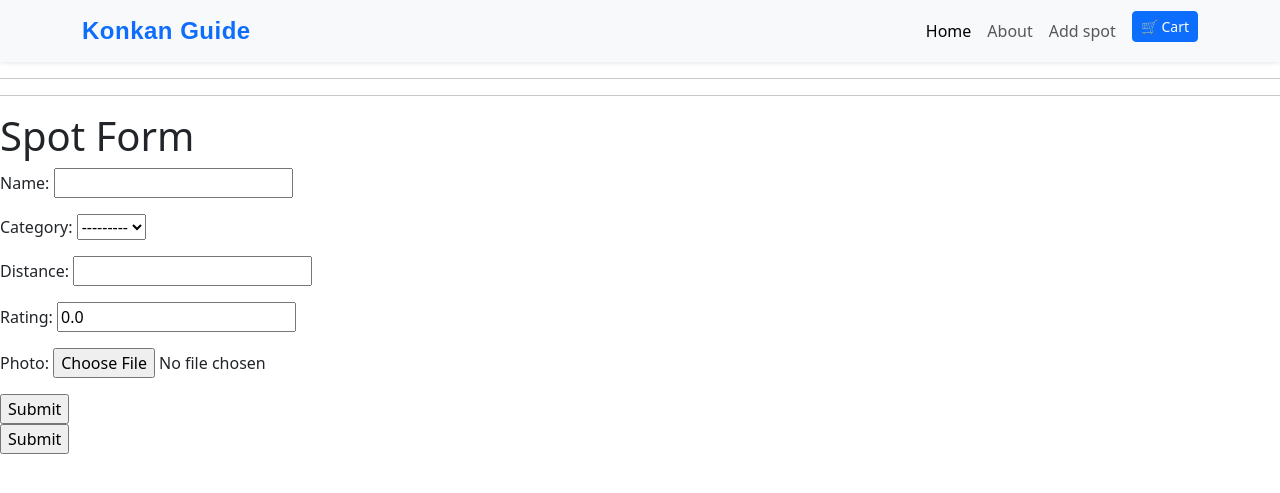
Repository: Indranil-sawant/konkan
Page: http://localhost/create-spot/
These files come from the project's save history. The page is drawn as it stood at one moment and after the next save; the edit follows.
The browser window is 1280 px wide. The pictures show the whole page.
The page is served by the project's application, run on Django 5.2 (manage.py). Other server files are loaded and not shown. Queries for data that is not in the repository find no rows.

Above is the page before, as saved 2025-11-15 11:19:16.

### food/templates/food/spot_form.html
{% extends "base.html" %}

{% block content %}

<h1>Spot Form</h1>

<form action="" method="POST">
    {% csrf_token %}
    {{ form.as_p }}
   <input type="submit">
</form>

<form action="" method="POST">
    {% csrf_token %}
    {{ info.as_p }}
   <input type="submit">
</form>
{% endblock content %}

### templates/base.html
<!doctype html>
<html lang="en">
<head>
    <meta charset="utf-8">
    <title>{% block title %}Konkan Guide{% endblock %}</title>
    <meta name="viewport" content="width=device-width, initial-scale=1">

    <!-- Bootstrap 5 -->
    <link href="https://cdn.jsdelivr.net/npm/bootstrap@5.3.2/dist/css/bootstrap.min.css" rel="stylesheet">
</head>
{% include "navbar.html" %}
<body>

    {% block content %}

    {% endblock %}

    <script src="https://cdn.jsdelivr.net/npm/bootstrap@5.3.2/dist/js/bootstrap.bundle.min.js"></script>
</body>
</html>

### templates/navbar.html
<link href="https://cdn.jsdelivr.net/npm/bootstrap@5.3.3/dist/css/bootstrap.min.css" rel="stylesheet">
<script src="https://cdn.jsdelivr.net/npm/bootstrap@5.3.3/dist/js/bootstrap.bundle.min.js"></script>


<!-- Navbar Start -->
<!-- Navbar Start -->
<nav class="navbar navbar-expand-lg navbar-light bg-light shadow-sm">
  <div class="container">
    <!-- Brand -->
    <a class="navbar-brand fw-bold text-primary" href="#">
      Konkan Guide
    </a>

    <!-- Mobile toggle -->
    <button class="navbar-toggler" type="button" data-bs-toggle="collapse" data-bs-target="#navbarNav"
      aria-controls="navbarNav" aria-expanded="false" aria-label="Toggle navigation">
      <span class="navbar-toggler-icon"></span>
    </button>

    <!-- Nav links -->
    <div class="collapse navbar-collapse justify-content-end" id="navbarNav">
      <ul class="navbar-nav mb-2 mb-lg-0">
        <li class="nav-item">
          <a class="nav-link active" href="{% url 'home' %}">Home</a>
        </li>
        <li class="nav-item">
          <a class="nav-link" href="{% url 'about' %}">About</a>
        </li>
        <li class="nav-item">
          <a class="nav-link" href="{% url 'create_spot' %}">Add spot</a>
        </li>

        <li class="nav-item">
          <a class="btn btn-primary btn-sm ms-2" href="#">🛒 Cart</a>
        </li>
      </ul>
    </div>
  </div>
</nav>
<!-- Navbar End -->

<!-- Navbar End -->
<hr>
<hr>

<style>
    .navbar-brand {
  font-family: 'Poppins', sans-serif;
  font-size: 1.5rem;
  letter-spacing: 0.5px;
}

.nav-link {
  font-weight: 500;
  transition: color 0.3s;
}

.nav-link:hover,
.nav-link.active {
  color: #000000ff;
}
</style>

### food/forms.py
from django.forms import ModelForm

from  . models import Spots , spot_info

class SpotForm(ModelForm):
    class Meta:
        model = Spots
        fields = "__all__"
class spot_infoForm(ModelForm):
    class Meta:
        model = spot_info
        fields = ["description", "map_location", "opening_hours", "closing_hours"]

### food/models.py
import uuid
from django.db import models

# Create your models here.
class Category(models.Model):
    name = models.CharField(max_length=100)

    def __str__(self):
        return self.name

class Tag(models.Model):
    name = models.CharField(max_length=50)
    def __str__(self):
        return self.name

class Spots(models.Model):
    id = models.UUIDField(default=uuid.uuid4, primary_key=True, editable=False)
    name = models.CharField(max_length=100)
    category = models.ForeignKey(Category, on_delete=models.CASCADE)
    distance = models.IntegerField()
    rating = models.FloatField(default=0.0)
    photo = models.ImageField(upload_to='spots_photos/', null=True, blank=True)
    created_at = models.DateTimeField(auto_now_add=True)
    updated_at = models.DateTimeField(auto_now=True)

    def __str__(self):
        return self.name

class spot_info(models.Model):
    spot = models.OneToOneField(Spots, on_delete=models.CASCADE)
    description = models.TextField()
    map_location = models.URLField(blank=True, null=True)
    opening_hours = models.CharField(max_length=100)
    closing_hours = models.CharField(max_length=100)

    def __str__(self):
        return f"Info for {self.spot.name}"

### food/views.py

from django.shortcuts import render , redirect
from django.http import HttpResponse
from .data.spots import foods, spots

from  . models import Spots, Category, spot_info

from .forms import SpotForm , spot_infoForm
# Create your views here.




def home(request):
    spots = Spots.objects.all()
    spot_info_list = spot_info.objects.all()
    context = { 'spots': spots, 'spot_info': spot_info_list }
    return render(request, 'food/index.html', context)

def home2(request):
    spots1 = Spots.objects.all()
    return render(request, 'food/about.html', {"spots1":spots1})

def home3(request ,pk):
    spots3 = Spots.objects.get(id=pk)
    details = spots3.spot_info
    return render(request, 'food/details.html', {"spot3":spots3, "details": details})


def create_spot(request):
    form = SpotForm()
    if request.method == 'POST':
        form = SpotForm(request.POST)
        if form.is_valid():
            form.save()
        redirect('home')
    context = {'form': form, }
    return render(request, 'food/spot_form.html', context)

### konkan_guide/urls.py
"""
URL configuration for konkan_guide project.

The `urlpatterns` list routes URLs to views. For more information please see:
    https://docs.djangoproject.com/en/5.2/topics/http/urls/
Examples:
Function views
    1. Add an import:  from my_app import views
    2. Add a URL to urlpatterns:  path('', views.home, name='home')
Class-based views
    1. Add an import:  from other_app.views import Home
    2. Add a URL to urlpatterns:  path('', Home.as_view(), name='home')
Including another URLconf
    1. Import the include() function: from django.urls import include, path
    2. Add a URL to urlpatterns:  path('blog/', include('blog.urls'))
"""
from django.contrib import admin
from django.urls import path , include

urlpatterns = [
    path('admin/', admin.site.urls),
    path('', include('food.urls')),
]

### food/urls.py
from django.urls import path
from . import views
urlpatterns = [
    path('', views.home, name='home'),
    path('about/', views.home2, name='about'),
    path('details/<str:pk>/', views.home3, name='details'),
    path('create-spot/', views.create_spot, name='create_spot'),
]   # URL patterns for food app

### food/data/spots.py
foods = {
        "Seafood": [
            "Bangda Fry",
            "Pomfret Fry",
            "Prawns Sukka",
            "Bombil Fry",
        ],
        "Veg Dishes": [
            "Solkadhi",
            "Alu Vadi",
            "Konkani Dal",
        ],
        "Rice & Bread": [
            "Ghavan",
            "Amboli",
            "Varan Bhaat",
        ],
    }

spots = [
    {"id": 1, "name": "Ganpatipule Beach", "category": "Beaches", "distance": 25, "rate": "Free"},
    {"id": 2, "name": "Bhatye Beach", "category": "Beaches", "distance": 2, "rate": "Free"},
    {"id": 3, "name": "Aare Ware Beach", "category": "Beaches", "distance": 10, "rate": "Free"},

    {"id": 4, "name": "Ganpatipule Mandir", "category": "Temples", "distance": 25, "rate": "Free"},
    {"id": 5, "name": "Pawas Ashram", "category": "Temples", "distance": 18, "rate": "Free"},

    {"id": 6, "name": "Ratnadurg Fort", "category": "Historical", "distance": 3, "rate": "Free"},
]

After the next save:
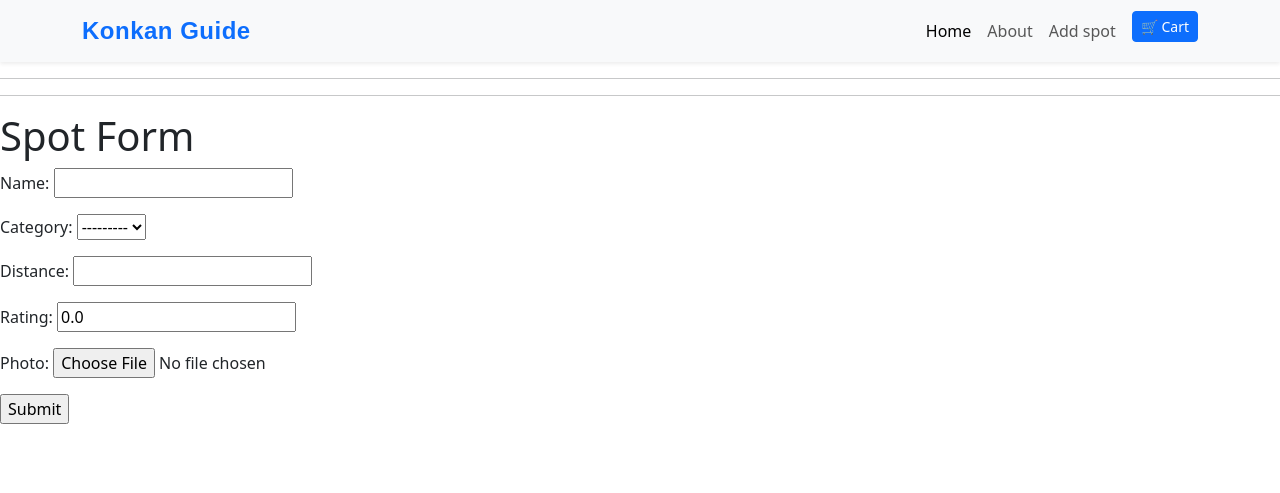
Saved 1 s later.
--- a/food/templates/food/spot_form.html
+++ b/food/templates/food/spot_form.html
@@ -9,10 +9,4 @@
     {{ form.as_p }}
    <input type="submit">
 </form>
-
-<form action="" method="POST">
-    {% csrf_token %}
-    {{ info.as_p }}
-   <input type="submit">
-</form>
 {% endblock content %}
